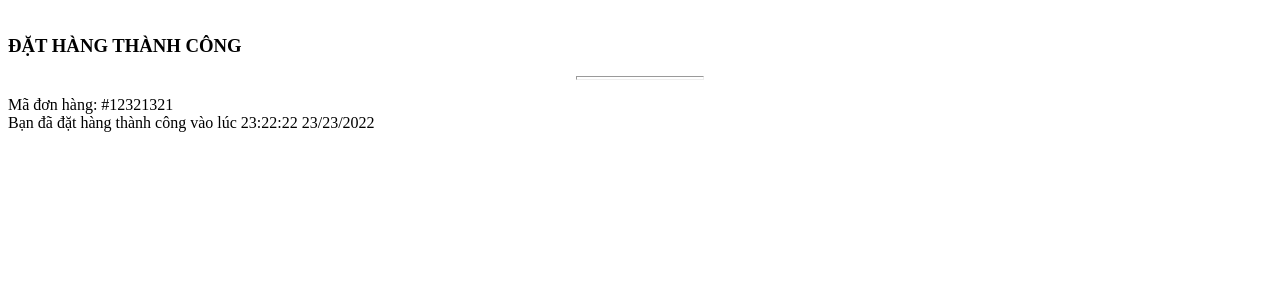
Repository: kienkiddo/BaiTapWebBanHang
Page: http://localhost/LapTrinhWebsite/home/view/thanks.jsp
The author's editor kept a copy of each file at every save. The page is drawn from the files as they stood at one save, then again after the next save.
The browser window is 1280 px wide. The pictures show the whole page.
The page is served by Tomcat 9.

Above is the page before, as saved 2022-05-11 13:51:54.

After the next save:
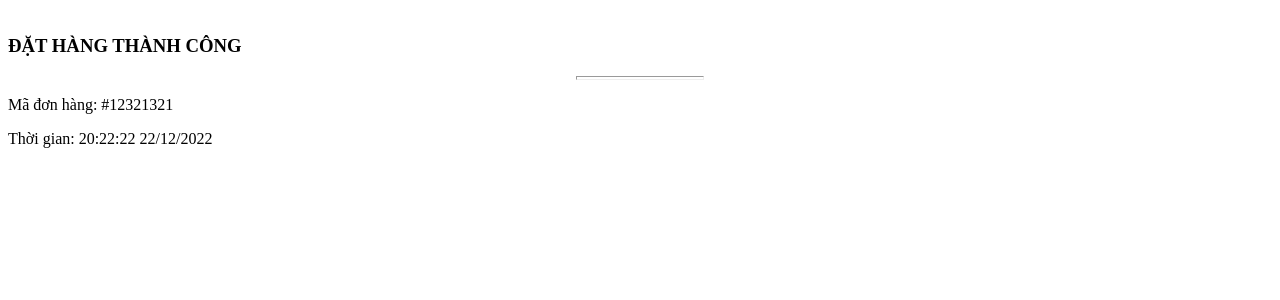
Saved 28 s later.
--- a/LapTrinhWebsite/src/main/webapp/home/view/thanks.jsp
+++ b/LapTrinhWebsite/src/main/webapp/home/view/thanks.jsp
@@ -9,8 +9,10 @@
 			<hr style="width: 10%; height: 2px" class="color-main">
 			<div class="container pt-4">
 				<p>
-					Mã đơn hàng: #12321321</br> Bạn đã đặt hàng thành công vào lúc 23:22:22
-					23/23/2022
+					Mã đơn hàng: #12321321
+				</p>
+				<p>
+					Thời gian: 20:22:22 22/12/2022
 				</p>
 			</div>
 		</div>
